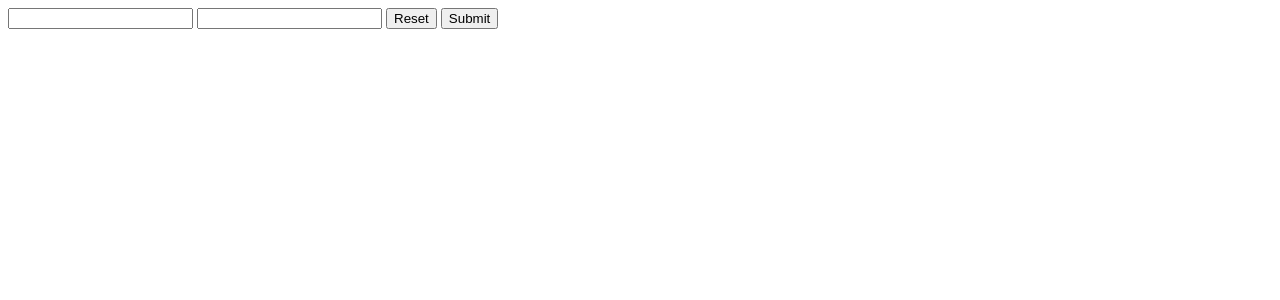
Repository: jungreul97/jsp_pracitce
Page: http://localhost/JSPBasic/JspObject/1.requests/req_bmi.jsp
An editor plug-in stored every save of this project. The page is shown before and after the next save, followed by the edit.
The browser window is 1280 px wide. The pictures show the whole page.
The page is served by Tomcat 9.

Above is the page before, as saved 2022-02-04 00:27:42.

After the next save:
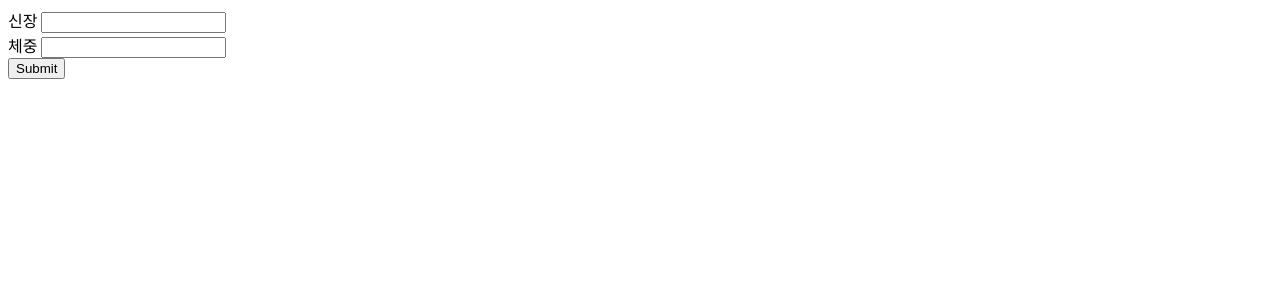
Saved 9 min 27 s later.
--- a/JSPBasic/src/main/webapp/JspObject/1.requests/req_bmi.jsp
+++ b/JSPBasic/src/main/webapp/JspObject/1.requests/req_bmi.jsp
@@ -19,10 +19,11 @@
  --%>
 
  	<form action = "req_bmi_result" method = "get">
- 		<input type = "text" name = "height">
- 		<input type = "text" name = "weight">
+ 		신장
+ 		<input type = "text" name = "height"><br/>
+ 		체중
+ 		<input type = "text" name = "weight"><br/>
 
- 		<input type = "reset">
 		<input type = "submit">
  	</form>
 </body>
